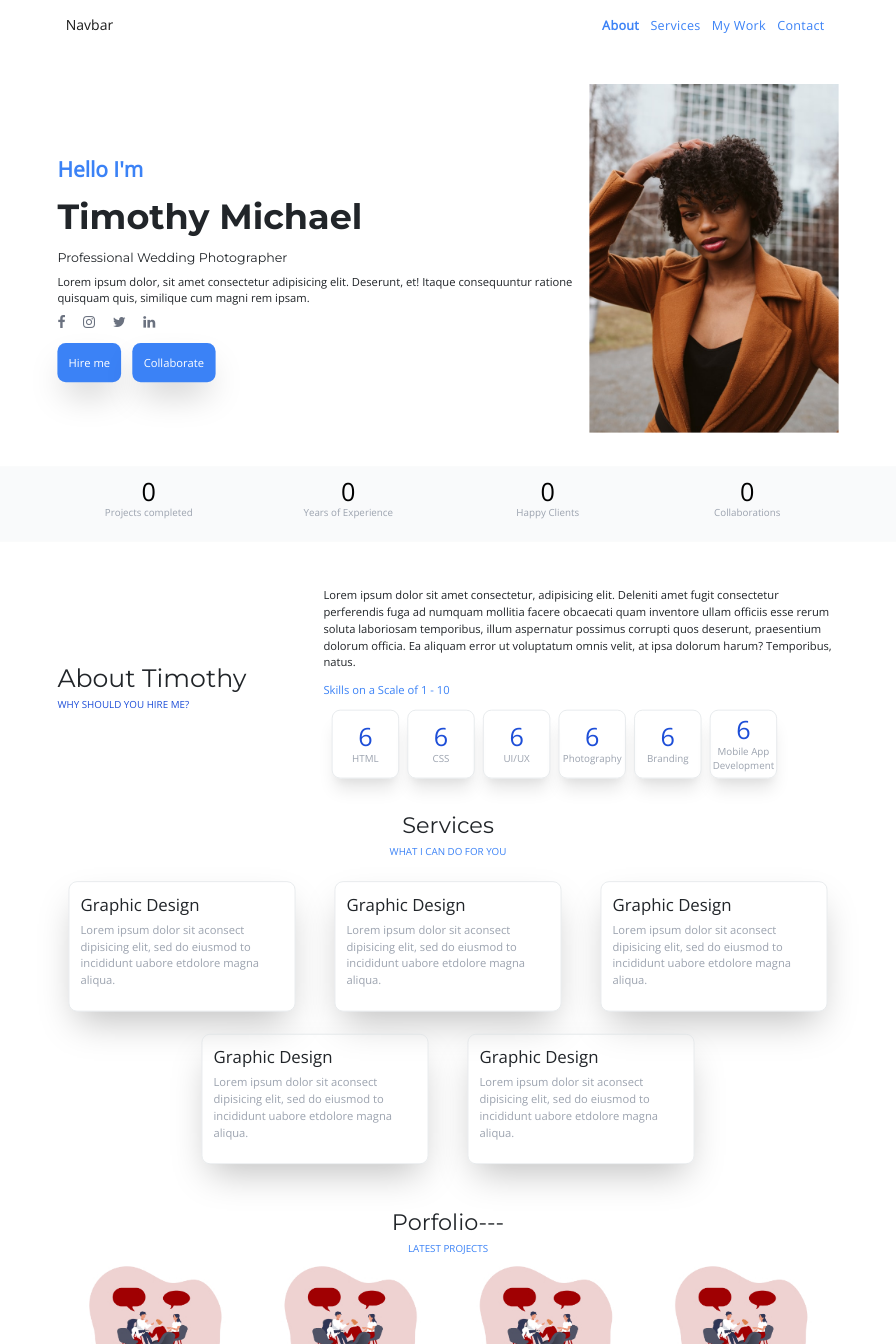
Repository: latenightsnacc/giggles
Page: HTML/freelancer.html
The author's editor kept a copy of each file at every save. The page is drawn from the files as they stood at one save, then again after the next save.
The browser window is 1280 px wide. The pictures show the part of the page from y = 0 to 1920 px (the page is 3824 px tall), at 70% of full size.
Some web libraries are served in a nearby version.

Above is the page before, as saved 2021-01-04 13:04:55.

After the next save:
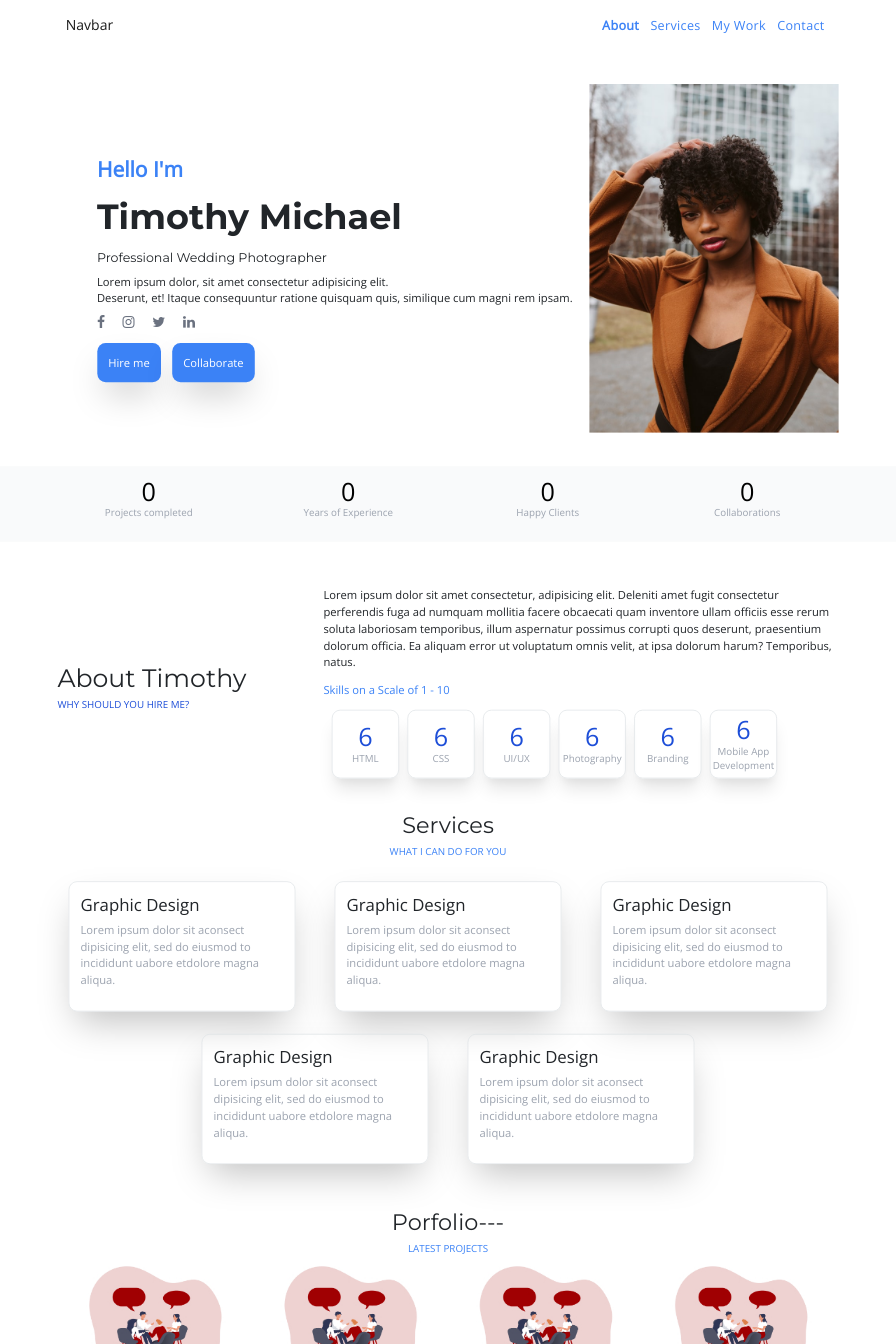
Saved 20 s later.
--- a/HTML/freelancer.html
+++ b/HTML/freelancer.html
@@ -59,7 +59,7 @@
                         <span class="semi-bold text-blue-500 py-10">Hello I'm</span>
                         <h1>Timothy Michael</h1>
                         <h2>Professional Wedding Photographer</h2>
-                        <p>Lorem ipsum dolor, sit amet consectetur adipisicing elit. Deserunt, et! Itaque consequuntur ratione quisquam quis, similique cum magni rem ipsam.</p>
+                        <p>Lorem ipsum dolor, sit amet consectetur adipisicing elit.<br/> Deserunt, et! Itaque consequuntur ratione quisquam quis, similique cum magni rem ipsam.</p>
                         <div class="mt-2">
                             <a href="#" class="text-xl text-gray-500 no-underline hover:text-blue-700">
                                 <i class="fa fa-facebook-f"></i>
